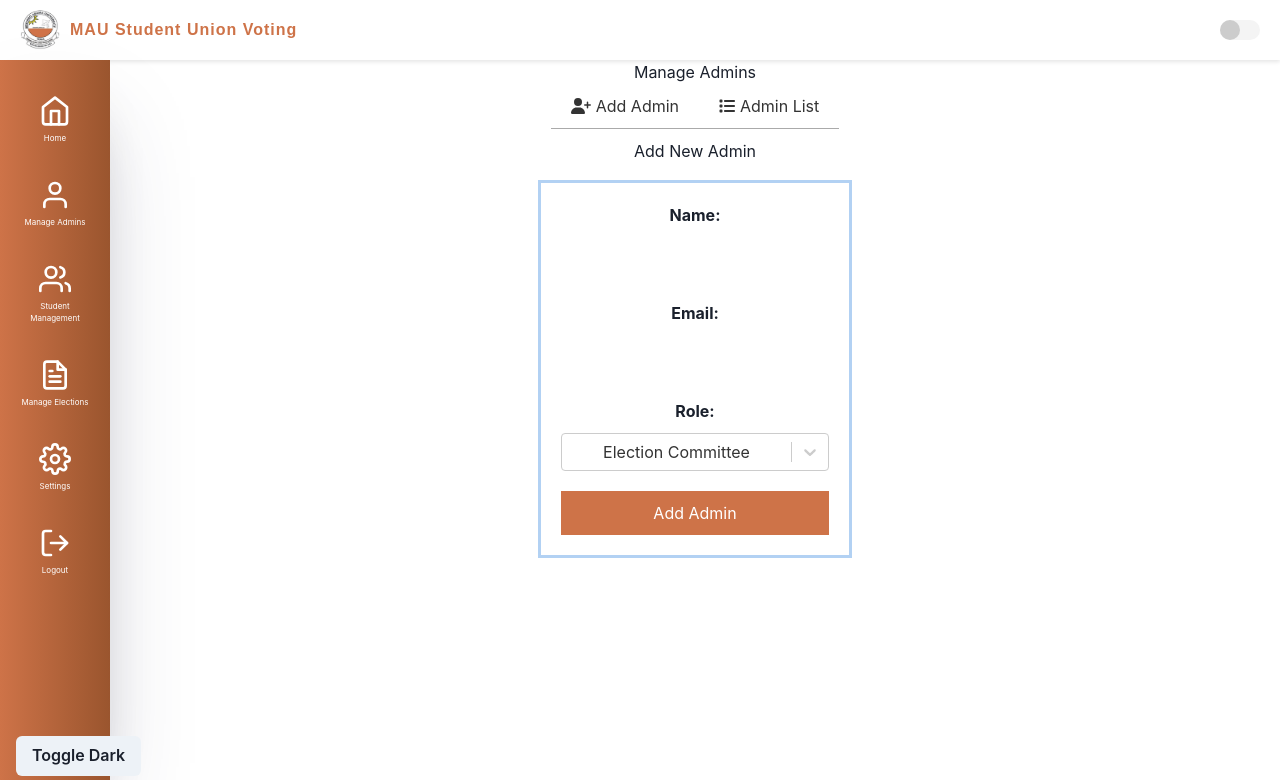
Repository: joena1o/e-vote
Page: /admin-dashboard/manage-admin
The author's editor kept a copy of each file at every save. The page is drawn from the files as they stood at one save, then again after the next save.
The browser window is 1280 px wide. The pictures show the whole page.
The project was rebuilt for these pictures with package versions that can differ from the ones it lists, and the page was loaded fresh each time. Also part of the build but not shown: src/components/EnhancedLogin.js, src/components/maincontent/RegisterStudents/ManageStudents.js, src/components/maincontent/RegisterStudents/RegisterStudents.js, src/components/maincontent/RegisterStudents/StudentManagement.js, src/components/maincontent/ElectionResults/ViewResults.js, src/components/maincontent/Settings/Settings.js, src/api/index.js, src/components/maincontent/home/Home.styles.js and 5 more.

Above is the page before, as saved 2023-10-20 14:56:04.

### src/App.js
import React from 'react';
import { BrowserRouter as Router, Routes, Route, Navigate } from 'react-router-dom';
import EnhancedLogin from './components/EnhancedLogin';
import AdminDashboard from './components/AdminDashboard';
import { ChakraProvider, ColorModeProvider, Button, useColorMode } from '@chakra-ui/react';
import { Provider } from 'react-redux';
import store from './Redux/store';

// Component to toggle dark mode
function DarkModeToggle() {
  const { colorMode, toggleColorMode } = useColorMode();
  return (
    <Button onClick={toggleColorMode} position="fixed" m={4} zIndex={10}>
      Toggle {colorMode === 'light' ? 'Dark' : 'Light'}
    </Button>
  );
}

function App() {
  // Check if the current route is not the "/login" route, then render the DarkModeToggle
  const isLoginPage = window.location.pathname === '/login';

  return (
    <Provider store={store}>
      <ChakraProvider>
        <ColorModeProvider options={{ useSystemColorMode: true }}>
          <Router>
            <Routes>
              {/* Define your routes */}
              <Route path="/login" element={<EnhancedLogin />} />
              <Route path="/admin-dashboard/*" element={<AdminDashboard />} />
              {/* Redirect root to /admin-dashboard */}
              <Route path="/" element={<Navigate to="/admin-dashboard" replace />} />
            </Routes>
          </Router>
          {/* Render DarkModeToggle only if not on the "/login" page */}
          {!isLoginPage && <DarkModeToggle />}
        </ColorModeProvider>
      </ChakraProvider>
    </Provider>
  );
}

export default App;

### src/components/AdminDashboard.js
// AdminDashboard.js
import React from 'react';
import { Routes, Route } from 'react-router-dom';
import StudentManagement from './maincontent/RegisterStudents/StudentManagement';
import ViewResults from './maincontent/ElectionResults/ViewResults';
import Settings from './maincontent/Settings/Settings';
import Home from './maincontent/home/Home';
import ManageAdmin from './maincontent/ManageAdmins/ManageAdmins';
import ManageElections from './maincontent/ManageElections/ManageElections';
import Sidebar from './Sidebar';
import Navbar from './Navbar';
import styled from 'styled-components';

const Container = styled.div`
  display: flex;
  flex-direction: column;
  /* Add the following line to ensure Container fills the screen height */
  height: 100vh;
  width: 100%; /* Use 100% to fill the entire width of the screen */
`;


const Content = styled.div`
  display: flex;
  /* Add the following line to ensure Content fills the remaining screen space */
  flex: 1;
`;

const AdminDashboard = () => {
  return (
    <Container>
      <Navbar />
      <Content>
        <Sidebar />
        <Routes>
          <Route index element={<Home />} />
          <Route path="student-management" element={<StudentManagement />} />
          <Route path="view-results" element={<ViewResults />} />
          <Route path="settings" element={<Settings />} />
          <Route path="manage-admin" element={<ManageAdmin />} />
          <Route path="manage-elections" element={<ManageElections />} />
        </Routes>
      </Content>
    </Container>
  );
};

export default AdminDashboard;

### src/Redux/store.js
import { configureStore } from '@reduxjs/toolkit';
import electionReducer from './electionSlice';
import studentsReducer from './studentsSlice'; // Assuming you have a studentsSlice

const store = configureStore({
  reducer: {
    elections: electionReducer,
    students: studentsReducer, // Add the students reducer here
  },
});

export default store;

### src/components/maincontent/ManageAdmins/ManageAdmins.js
import React, { useState } from 'react';
import { Tab, TabList, TabPanel, Tabs } from 'react-tabs';
import 'react-tabs/style/react-tabs.css'; // Import styles for react-tabs
import styled from 'styled-components';
import AddAdmin from './AddAdmin';
import AdminList from './AdminList';
import { FontAwesomeIcon } from '@fortawesome/react-fontawesome';
import { faUserPlus, faList } from '@fortawesome/free-solid-svg-icons'; // Import Font Awesome icons

const FullHeightContainer = styled.div`
  height: 100%;
  display: flex;
  flex-direction: column;
  justify-content: flex-start;
  align-items: center;
  width: 100%;
`;

const TabsContainer = styled.div`
  text-align: center;
  width: 100%;
  max-width: 1200px;
  flex: 1;
  display: flex;
  flex-direction: column;
  align-items: center;
`;

const StyledTab = styled(Tab)`
  padding: 10px 20px;
  color: #333;
  cursor: pointer;
  margin: 0;
  display: flex;
  align-items: center;
  justify-content: center;
  transition: background-color 0.2s ease-in-out;

  &:hover {
    background-color: #e0e0e0;
  }

  &.react-tabs__tab--selected {
    background-color: #fff;
    border: none; /* Remove the border */
    border-radius: 5px 5px 0 0;
  }
`;

const IconWrapper = styled.div`
  margin-right: 5px;
`;

const ManageAdmins = () => {
  const [activeTab, setActiveTab] = useState(0);

  const handleTabChange = (index) => {
    setActiveTab(index);
  };

  return (
    <FullHeightContainer>
      <h1>Manage Admins</h1>
      <TabsContainer>
        <Tabs selectedIndex={activeTab} onSelect={handleTabChange}>
          <TabList style={{ display: 'flex', justifyContent: 'center' }}>
            <StyledTab>
              <IconWrapper>
                <FontAwesomeIcon icon={faUserPlus} />
              </IconWrapper>
              Add Admin
            </StyledTab>
            <StyledTab>
              <IconWrapper>
                <FontAwesomeIcon icon={faList} />
              </IconWrapper>
              Admin List
            </StyledTab>
          </TabList>
        </Tabs>
        <Tabs selectedIndex={activeTab} onSelect={handleTabChange}>
          <TabPanel>
            <AddAdmin />
          </TabPanel>
          <TabPanel>
            <AdminList />
          </TabPanel>
        </Tabs>
      </TabsContainer>
    </FullHeightContainer>
  );
};

export default ManageAdmins;

### src/components/Sidebar.js
import React from 'react';
import styled from 'styled-components';
import { Link } from 'react-router-dom';
import { FiHome, FiUser, FiUsers, FiFileText, FiSettings, FiLogOut } from 'react-icons/fi';
import { useColorMode } from '@chakra-ui/react';

const SidebarContainer = styled.nav`
  background: ${props => (props.theme === 'dark' ? '#333' : 'linear-gradient(to right, #ce7348, #9a552e)')};
  padding: 15px;
  height: 100vh;
  color: #fff;
  box-shadow: rgba(50, 50, 93, 0.25) 0px 50px 100px -20px, rgba(0, 0, 0, 0.3) 0px 30px 60px -30px;
  display: flex;
  flex-direction: column;
`;

const LinkList = styled.ul`
  list-style-type: none;
  padding: 0;
  flex: 1;
`;

const StyledLink = styled(Link)`
  text-decoration: none;
  color: #fff;
  display: flex;
  flex-direction: column;
  align-items: center;
  transition: color 0.3s ease;
  margin-bottom: 15px;
  cursor: pointer;
  font-size: 0.5rem;

  &:hover {
    color: #fce364;
  }

  width: 80px;
  text-align: center;
  word-wrap: break-word;
  overflow-wrap: break-word;

  @media (max-width: 768px) {
    font-size: 0.4rem;
  }

  @media (max-width: 480px) {
    font-size: 0.3rem;
  }
`;

const LinkItem = styled.li`
  display: flex;
  align-items: center;
  margin-top: 20px;
`;

const Icon = styled.div`
  font-size: 2rem;
  color: #fff;

  @media (max-width: 768px) {
    font-size: 0.9rem;
  }

  @media (max-width: 480px) {
    font-size: 0.8rem;
  }

  margin-bottom: 5px;

  ${StyledLink}:hover & {
    color: #fce364;  // Change icon color when the link is hovered
  }
`;

function Sidebar() {
  const { colorMode } = useColorMode();

  return (
    <SidebarContainer theme={colorMode}>
      <LinkList>
        <LinkItem>
          <StyledLink to="/admin-dashboard">
            <Icon><FiHome /></Icon>
            Home
          </StyledLink>
        </LinkItem>
        <LinkItem>
          <StyledLink to="/admin-dashboard/manage-admin">
            <Icon><FiUser /></Icon>
            Manage Admins
          </StyledLink>
        </LinkItem>
        <LinkItem>
          <StyledLink to="/admin-dashboard/student-management">
            <Icon><FiUsers /></Icon>
            Student Management
          </StyledLink>
        </LinkItem>
        <LinkItem>
          <StyledLink to="/admin-dashboard/manage-elections">
            <Icon><FiFileText /></Icon>
            Manage Elections
          </StyledLink>
        </LinkItem>
        <LinkItem>
          <StyledLink to="/admin-dashboard/settings">
            <Icon><FiSettings /></Icon>
            Settings
          </StyledLink>
        </LinkItem>
        <LinkItem>
          <StyledLink to="/logout">
            <Icon><FiLogOut /></Icon>
            Logout
          </StyledLink>
        </LinkItem>
      </LinkList>
    </SidebarContainer>
  );
}

export default Sidebar;

### src/components/Navbar.js
import React from 'react';
import styled, { createGlobalStyle } from 'styled-components';
import logo from '../assets/school_logo.jpg';
import { useColorMode } from '@chakra-ui/react';

const GlobalStyle = createGlobalStyle`
  body {
    background-color: ${props => (props.theme === 'dark' ? '#333' : '#fff')};
    color: ${props => (props.theme === 'dark' ? '#fff' : '#000')}; // Set other component texts to black in light mode
  }
`;

const Header = styled.header`
  background: ${props => (props.theme === 'dark' ? '#333' : '#fff')};
  color: ${props => (props.theme === 'dark' ? '#fff' : '#ce7348')}; // Set navbar text to brown in light mode
  padding: 10px 20px;
  display: flex;
  align-items: center;
  justify-content: flex-start;
  box-shadow: 0px 2px 4px rgba(0, 0, 0, 0.1);
  font-family: 'Poppins', sans-serif;
`;


const Logo = styled.img`
  width: 40px;
  height: 40px;
  border-radius: 20px;
  margin-right: 10px;
`;

const Title = styled.h1`
  margin: 0;
  padding: 0;
  font-size: 1rem;
  font-weight: 600;
  letter-spacing: 1px;
`;

const ToggleSlider = styled.label`
  display: flex;
  align-items: center;
  cursor: pointer;
  margin-left: auto;
`;

const SliderInput = styled.input.attrs({ type: 'checkbox' })`
  display: none;
`;

const Slider = styled.div`
  width: 40px;
  height: 20px;
  background-color: ${props => (props.theme === 'dark' ? '#333' : '#f4f4f4')};
  border-radius: 20px;
  position: relative;
  transition: background-color 0.3s ease;
  cursor: pointer;

  &::after {
    content: '';
    width: 20px;
    height: 20px;
    border-radius: 50%;
    background-color: ${props => (props.theme === 'dark' ? '#fff' : '#ccc')};
    position: absolute;
    top: 50%;
    transform: translateY(-50%);
    left: ${props => (props.theme === 'dark' ? '20px' : '0')};
    transition: left 0.3s ease;
  }
`;

function Navbar() {
  const { colorMode, toggleColorMode } = useColorMode();

  return (
    <>
      <GlobalStyle theme={colorMode} />
      <Header theme={colorMode}>
        <Logo src={logo} alt="University Logo" />
        <Title>MAU Student Union Voting</Title>
        <ToggleSlider>
          <SliderInput type="checkbox" onChange={toggleColorMode} />
          <Slider theme={colorMode} />
        </ToggleSlider>
      </Header>
    </>
  );
}

export default Navbar;

### src/Redux/electionSlice.js
/*import { createSlice, createAsyncThunk } from '@reduxjs/toolkit';
import { API, graphqlOperation } from 'aws-amplify';
import { createElection as createElectionAPI } from '../graphql/mutations';

export const createElection = createAsyncThunk(
  'elections/createElection',
  async (election, { rejectWithValue }) => {
    try {
      const result = await API.graphql(graphqlOperation(createElectionAPI, { input: election }));
      return result.data.createElection;
    } catch (error) {
      return rejectWithValue(error);
    }
  }
);

const electionSlice = createSlice({
  name: 'elections',
  initialState: [],
  reducers: {},
  extraReducers: (builder) => {
    builder.addCase(createElection.fulfilled, (state, action) => {
      state.push(action.payload);
    });
  },
});

export default electionSlice.reducer;
*/

### src/Redux/studentsSlice.js
import { createSlice } from '@reduxjs/toolkit';

export const studentsSlice = createSlice({
  name: 'students',
  initialState: [],
  reducers: {
    addStudents: (state, action) => {
      // Add students to the Redux store
      action.payload.forEach(student => {
        state.push(student);
      });
    },
  },
});

export const { addStudents } = studentsSlice.actions;

export default studentsSlice.reducer;

### src/components/maincontent/ManageAdmins/AddAdmin.js
import React, { useState } from 'react';
import styled from 'styled-components';
import { API, Auth } from 'aws-amplify';
import { toast, ToastContainer } from 'react-toastify';
import 'react-toastify/dist/ReactToastify.css';
import Select from 'react-select';
import { useColorMode } from '@chakra-ui/react';

const darkThemeStyles = {
  menu: provided => ({
    ...provided,
    backgroundColor: '#333',
    color: 'white'
  }),
  option: (provided, state) => ({
    ...provided,
    backgroundColor: state.isFocused ? '#555' : '#333',
    color: 'white'
  }),
  control: provided => ({
    ...provided,
    backgroundColor: '#444',
    color: 'white',
    borderColor: '#555'
  }),
  singleValue: provided => ({
    ...provided,
    color: 'white'
  })
};

const Form = styled.form`
  display: flex;
  flex-direction: column;
  max-width: 600px;
  margin: 20px auto;
  padding: 20px;
  box-shadow: rgba(3, 102, 214, 0.3) 0px 0px 0px 3px;
`;

const Label = styled.label`
  margin-bottom: 10px;
  font-weight: bold;
`;

const Input = styled.input`
  padding: 10px;
  margin-bottom: 20px;
`;

const StyledSelect = styled(Select)`
  margin-bottom: 20px;
`;

const Button = styled.button`
  background-color: #ce7348;
  color: #fff;
  padding: 10px;
  border: none;
  cursor: pointer;
`;
function AddAdmin() {
    const [adminData, setAdminData] = useState({
      name: '',
      email: '',
      role: 'Election Committee',
    });

    const { colorMode } = useColorMode();

    const roleOptions = [
      { value: 'Election Committee', label: 'Election Committee' },
      { value: 'Super Admin', label: 'Super Admin' },
      { value: 'Student Affairs', label: 'Student Affairs' },
    ];

    const handleRoleChange = (selectedOption) => {
      setAdminData({
        ...adminData,
        role: selectedOption.value,
      });
    };

    const handleChange = (e) => {
      const { name, value } = e.target;
      setAdminData({
        ...adminData,
        [name]: value,
      });
    };

    const handleSubmit = async (e) => {
      e.preventDefault();

      try {
        const temporaryPassword = Math.random().toString(36).slice(-8);

        const signUpResponse = await Auth.signUp({
          username: adminData.email,
          password: temporaryPassword,
          attributes: {
            email: adminData.email,
          },
        });

        if (!signUpResponse.userConfirmed) {
          // Assuming you want to use the temporary password as the new password upon first login
          await Auth.completeNewPassword(signUpResponse, temporaryPassword);
        }

        const apiResponse = await API.post('AdminAPI', '/admins', {
          body: adminData,
        });

        console.log('Admin Added:', apiResponse);

        toast.success('Admin added successfully! An email with a temporary password has been sent.', {
          position: 'top-right',
          autoClose: 5000,
          hideProgressBar: false,
          closeOnClick: true,
          pauseOnHover: true,
          draggable: true,
          progress: undefined,
        });

        setAdminData({
          name: '',
          email: '',
          role: 'Election Committee',
        });
      } catch (error) {
        console.error('Error adding admin:', error);

        toast.error('Error adding admin. Please try again.', {
          position: 'top-right',
          autoClose: 5000,
          hideProgressBar: false,
          closeOnClick: true,
          pauseOnHover: true,
          draggable: true,
          progress: undefined,
        });
      }
    };

    return (
      <>
        <h3>Add New Admin</h3>
        <Form onSubmit={handleSubmit}>
          <Label>Name:</Label>
          <Input type="text" name="name" value={adminData.name} onChange={handleChange} required />

          <Label>Email:</Label>
          <Input type="email" name="email" value={adminData.email} onChange={handleChange} required />

          <Label>Role:</Label>
          <StyledSelect
            value={roleOptions.find(option => option.value === adminData.role)}
            onChange={handleRoleChange}
            options={roleOptions}
            name="role"
            isSearchable={false}
            required
            styles={colorMode === 'dark' ? darkThemeStyles : {}}
          />

          <Button type="submit">Add Admin</Button>
        </Form>
        <ToastContainer />
      </>
    );
}

export default AddAdmin;

Loaded but not shown: public/index.html (common file); src/index.js (common file); src/index.css (common file); src/reportWebVitals.js (common file)

After the next save:
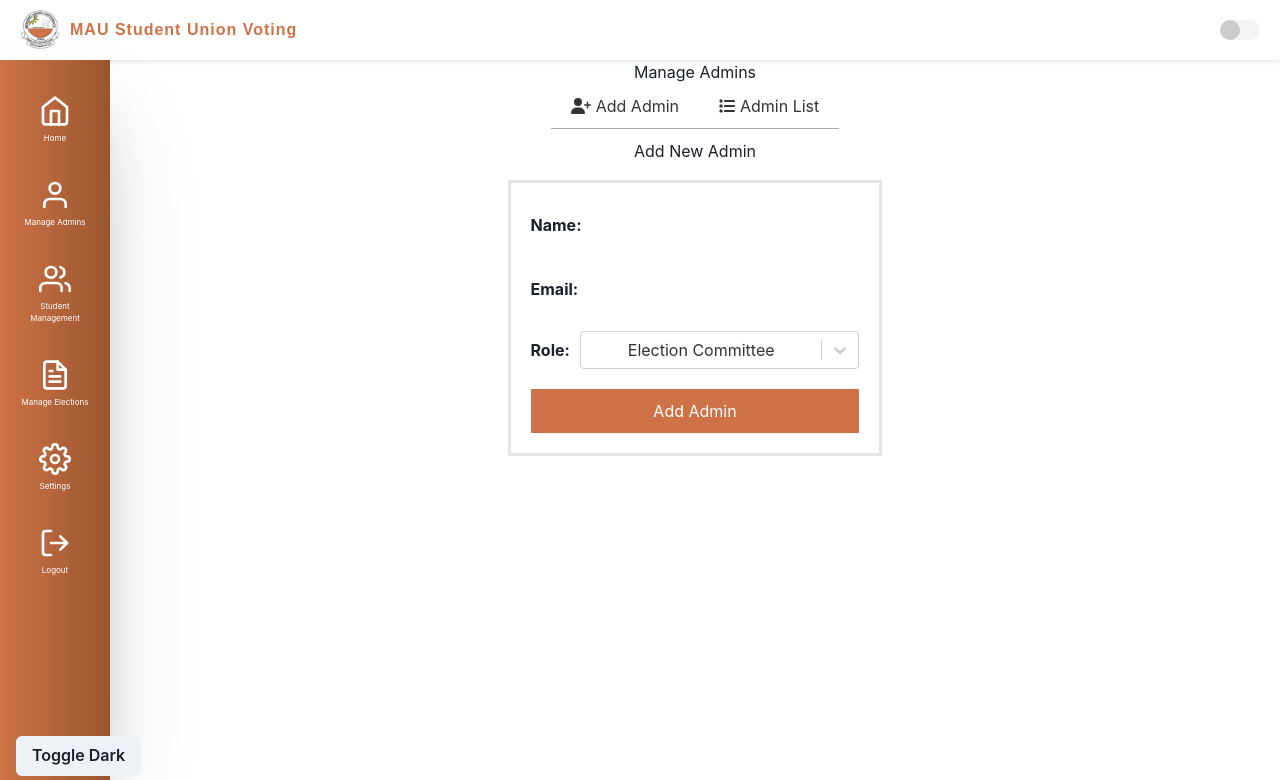
Saved 3 min 57 s later.
--- a/src/components/maincontent/ManageAdmins/AddAdmin.js
+++ b/src/components/maincontent/ManageAdmins/AddAdmin.js
@@ -35,21 +35,27 @@ const Form = styled.form`
   max-width: 600px;
   margin: 20px auto;
   padding: 20px;
-  box-shadow: rgba(3, 102, 214, 0.3) 0px 0px 0px 3px;
+  box-shadow: rgba(0, 0, 0, 0.1) 0px 0px 0px 3px;
+`;
+
+const FormGroup = styled.div`
+  display: flex;
+  align-items: center;
+  margin-bottom: 20px;
 `;
 
 const Label = styled.label`
-  margin-bottom: 10px;
+  margin-right: 10px;
   font-weight: bold;
 `;
 
 const Input = styled.input`
+  flex: 1;
   padding: 10px;
-  margin-bottom: 20px;
 `;
 
 const StyledSelect = styled(Select)`
-  margin-bottom: 20px;
+  flex: 1;
 `;
 
 const Button = styled.button`
@@ -148,22 +154,28 @@ function AddAdmin() {
       <>
         <h3>Add New Admin</h3>
         <Form onSubmit={handleSubmit}>
-          <Label>Name:</Label>
-          <Input type="text" name="name" value={adminData.name} onChange={handleChange} required />
+          <FormGroup>
+            <Label>Name:</Label>
+            <Input type="text" name="name" value={adminData.name} onChange={handleChange} required />
+          </FormGroup>
 
-          <Label>Email:</Label>
-          <Input type="email" name="email" value={adminData.email} onChange={handleChange} required />
+          <FormGroup>
+            <Label>Email:</Label>
+            <Input type="email" name="email" value={adminData.email} onChange={handleChange} required />
+          </FormGroup>
 
-          <Label>Role:</Label>
-          <StyledSelect
-            value={roleOptions.find(option => option.value === adminData.role)}
-            onChange={handleRoleChange}
-            options={roleOptions}
-            name="role"
-            isSearchable={false}
-            required
-            styles={colorMode === 'dark' ? darkThemeStyles : {}}
-          />
+          <FormGroup>
+            <Label>Role:</Label>
+            <StyledSelect
+              value={roleOptions.find(option => option.value === adminData.role)}
+              onChange={handleRoleChange}
+              options={roleOptions}
+              name="role"
+              isSearchable={false}
+              required
+              styles={colorMode === 'dark' ? darkThemeStyles : {}}
+            />
+          </FormGroup>
 
           <Button type="submit">Add Admin</Button>
         </Form>
